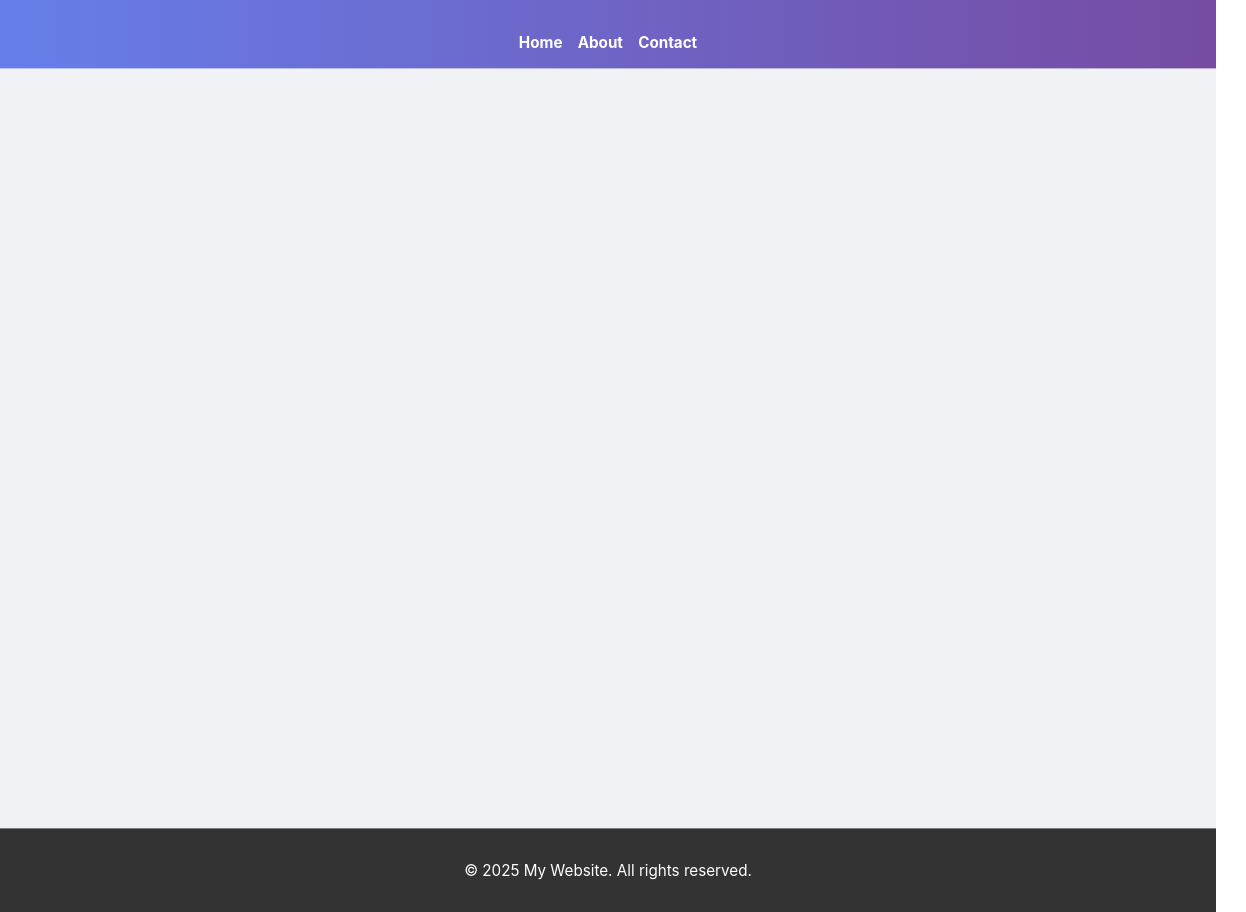
Repository: PhilLeGoff/first-react-page
Page: /
These files come from the project's save history. The page is drawn as it stood at one moment and after the next save; the edit follows.
The browser window is 1280 px wide. The page is 1280 px wide, then 1312 px, so the pictures cover 1312 px, including what lies to the right of the window. The pictures show the whole page, at 95% of full size.
The project was rebuilt for these pictures with package versions that can differ from the ones it lists, and the page was loaded fresh each time. Also part of the build but not shown: vite.config.ts.

Above is the page before, as saved 2025-02-17 15:30:57.

### src/index.css
:root {
  font-family: Inter, system-ui, Avenir, Helvetica, Arial, sans-serif;
  line-height: 1.5;
  font-weight: 400;

  color-scheme: light dark;
  color: rgba(255, 255, 255, 0.87);
  background-color: #242424;

  font-synthesis: none;
  text-rendering: optimizeLegibility;
  -webkit-font-smoothing: antialiased;
  -moz-osx-font-smoothing: grayscale;
}

a {
  font-weight: 500;
  color: #646cff;
  text-decoration: inherit;
}
a:hover {
  color: #535bf2;
}

body {
  margin: 0;
  font-family: 'Inter', sans-serif;
  background-color: #f0f2f5;
}

h1 {
  font-size: 3.2em;
  line-height: 1.1;
}

button {
  border-radius: 8px;
  border: 1px solid transparent;
  padding: 0.6em 1.2em;
  font-size: 1em;
  font-weight: 500;
  font-family: inherit;
  background-color: #1a1a1a;
  cursor: pointer;
  transition: border-color 0.25s;
}
button:hover {
  border-color: #646cff;
}
button:focus,
button:focus-visible {
  outline: 4px auto -webkit-focus-ring-color;
}

@media (prefers-color-scheme: light) {
  :root {
    color: #213547;
    background-color: #ffffff;
  }
  a:hover {
    color: #747bff;
  }
  button {
    background-color: #f9f9f9;
  }
}

### src/App.tsx
// src/App.tsx
import { useState } from 'react'
import Header from './components/Header'
import Footer from './components/Footer'
import './App.css'
import './index.css'
import Hero from './components/Hero'

function App() {
  const [count, setCount] = useState(0)

  return (
    <div className="app-container">
      <Header />

      <Hero />

      <Footer />
    </div>
  )
}

export default App

### src/components/Header.tsx
// src/components/Header.tsx
import './Header.css' // Optional: Create a separate CSS file for Header styles if desired

const Header = () => {
  return (
    <header className="header">
      <nav className="nav">
        <a href="#home" className="nav-link">Home</a>
        <a href="#about" className="nav-link">About</a>
        <a href="#contact" className="nav-link">Contact</a>
      </nav>
    </header>
  )
}

export default Header

### src/components/Footer.tsx
// src/components/Footer.tsx
import './Footer.css' // Optional: Create a separate CSS file for Footer styles if desired

const Footer = () => {
  return (
    <footer className="footer">
      <p>&copy; {new Date().getFullYear()} My Website. All rights reserved.</p>
    </footer>
  )
}

export default Footer

### src/App.css
/* App.css */
.app-container {
  display: flex;
  flex-direction: column;
  min-height: 100vh;
}

.main-content {
  flex: 1;
  padding: 2rem;
  text-align: center;
}

.tagline {
  margin-top: 0.5rem;
  font-size: 1.2rem;
  color: #555;
}

.card {
  background-color: #ffffff;
  padding: 1.5rem;
  margin: 2rem auto;
  border-radius: 0.5rem;
  max-width: 400px;
  box-shadow: 0 2px 5px rgba(0, 0, 0, 0.1);
}

### src/components/Hero.tsx

type Props = {}
import "./Hero.css"

export default function Hero({}: Props) {
  return (
    <div className="hero_container">

    </div>
  )
}

### src/components/Header.css
.header {
  background: linear-gradient(90deg, #667eea, #764ba2);
  padding: 1rem 2rem;
  text-align: center;
}

.nav {
  margin-top: 1rem;
}

.nav-link {
  margin: 0 0.5rem;
  color: #fff;
  text-decoration: none;
  font-weight: bold;
}

.nav-link:hover {
  text-decoration: underline;
}

### src/components/Footer.css
.footer {
  background-color: #333;
  color: #fff;
  padding: 1rem 2rem;
  text-align: center;
}

### src/components/Hero.css
.hero_container {
  height: 800px;
  width: "full";
}

Loaded but not shown: index.html (common file); src/main.tsx (common file)

After the next save:
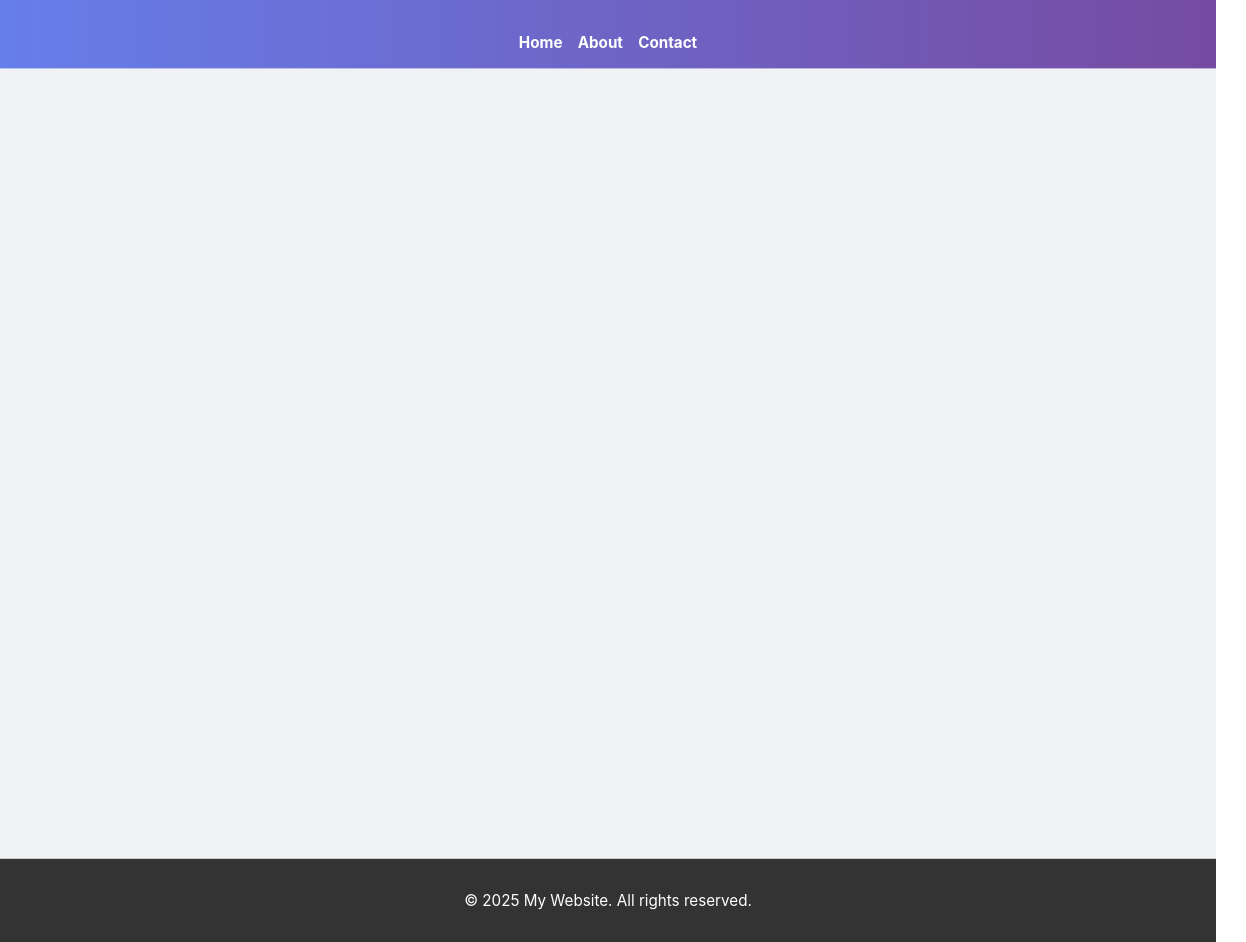
Saved 28 s later.
--- a/src/components/Hero.css
+++ b/src/components/Hero.css
@@ -1,4 +1,10 @@
+/* Hero.css */
 .hero_container {
   height: 800px;
-  width: "full";
+  width: 100%;
+  display: flex;
+  flex-wrap: wrap;
+  gap: 1rem;
+  justify-content: center;
+  padding: 1rem;
 }
